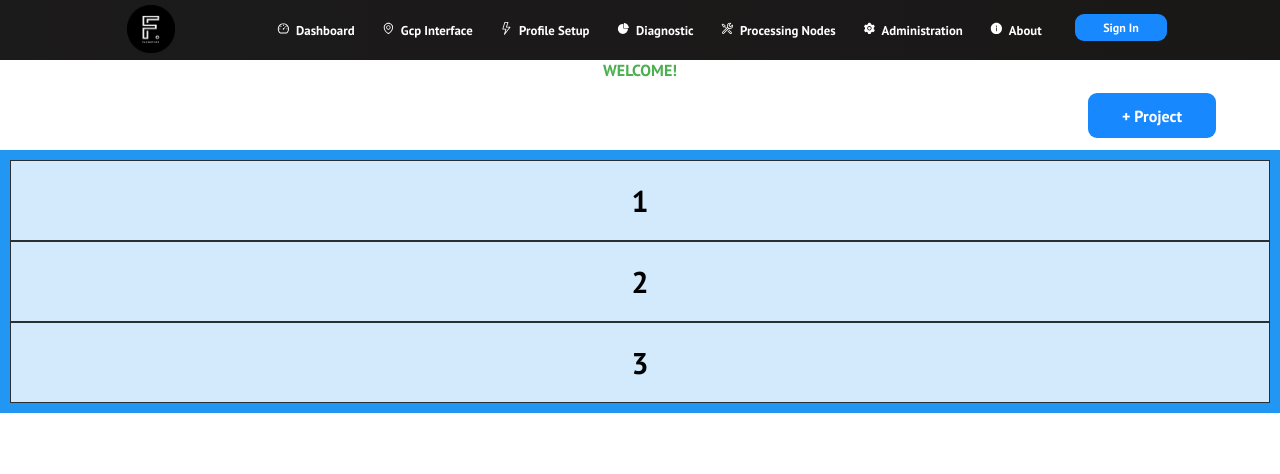
Repository: Akshaykumar1111/akki
Page: /Dashboard
The author's editor kept a copy of each file at every save. The page is drawn from the files as they stood at one save, then again after the next save.
The browser window is 1280 px wide. The pictures show the whole page.
Some web libraries are served in a nearby version. The project was rebuilt for these pictures with package versions that can differ from the ones it lists, and the page was loaded fresh each time. Also part of the build but not shown: src/components/pages/Administration.css, src/components/pages/Administration.js, src/components/pages/Diagnostic.js, src/components/pages/ProfileSetup.js, src/components/pages/GcpInterface.js, src/components/pages/ProcessingNodes.js, src/components/pages/About.js, src/components/pages/Popup.css and 7 more.

Above is the page before, as saved 2022-10-20 12:33:26.

After the next save:
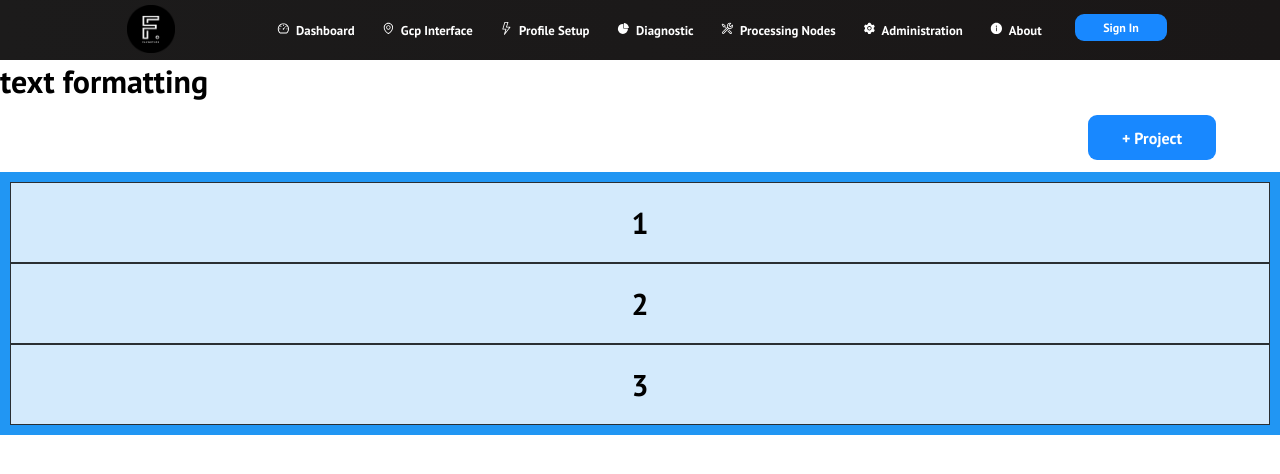
Saved 99 s later.
--- a/src/components/pages/Dashboard.js
+++ b/src/components/pages/Dashboard.js
@@ -6,7 +6,11 @@ import './Dashboard.css';
 
 export default function Dashboard() {
   return ( <>
-  <div class="Welcome">Welcome!</div>
+  <div>
+  <h1>text formatting</h1>
+
+
+</div>
   <button type="button" className='btn projectbtn'>+ Project</button>
   <div class="grid-container">
   <div class="grid-item">1</div>
